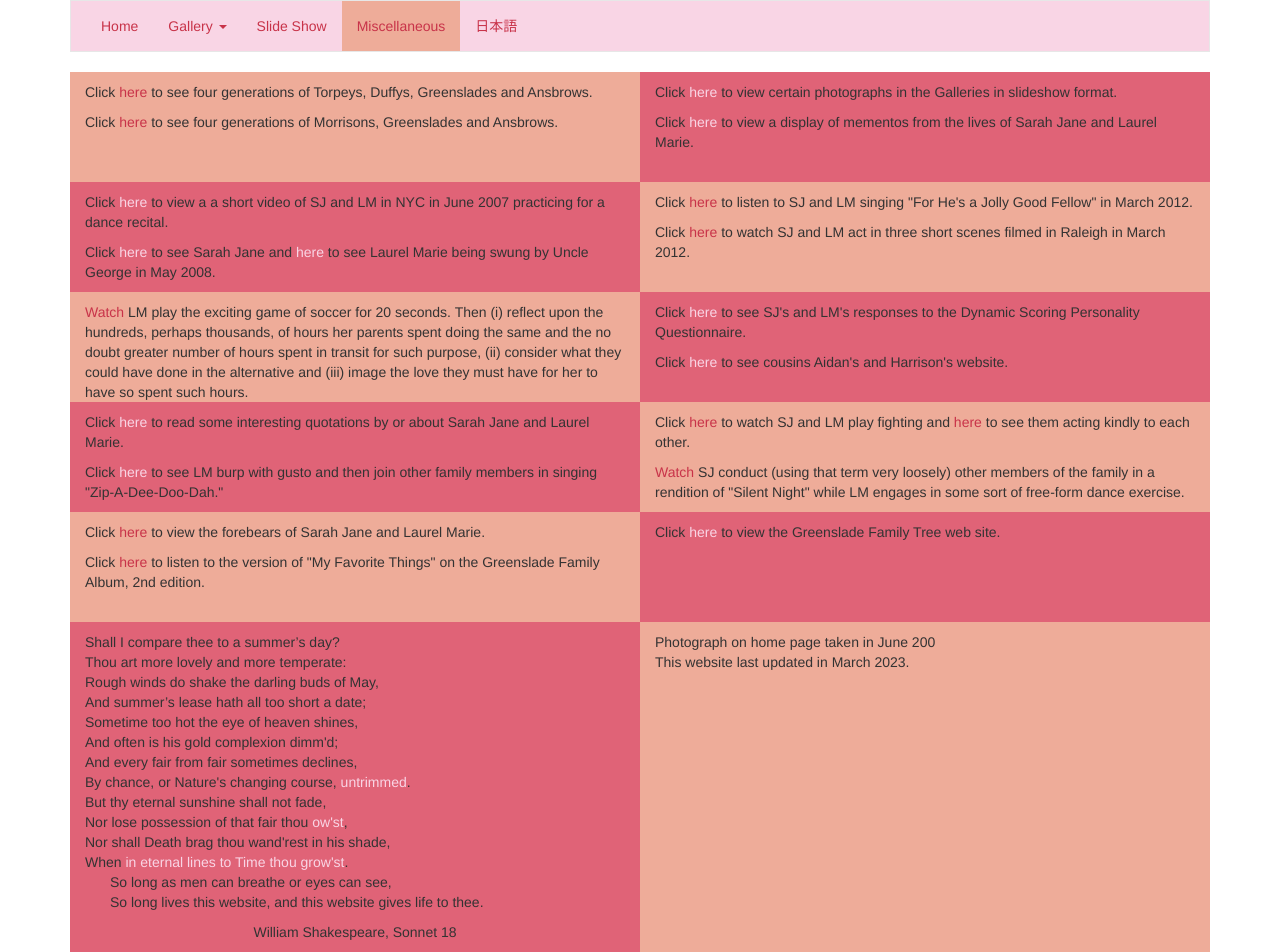
Repository: George2916/Sarah-Jane-and-Laurel-Marie
Page: misc.html
The author's editor kept a record of every edit. The page is drawn from the files as they stood at one moment, then again after the next edit.
The browser window is 1280 px wide. The pictures show the whole page.

Above is the page before.
Console error: TypeError: Cannot read properties of null (reading 'style')

After the next edit:
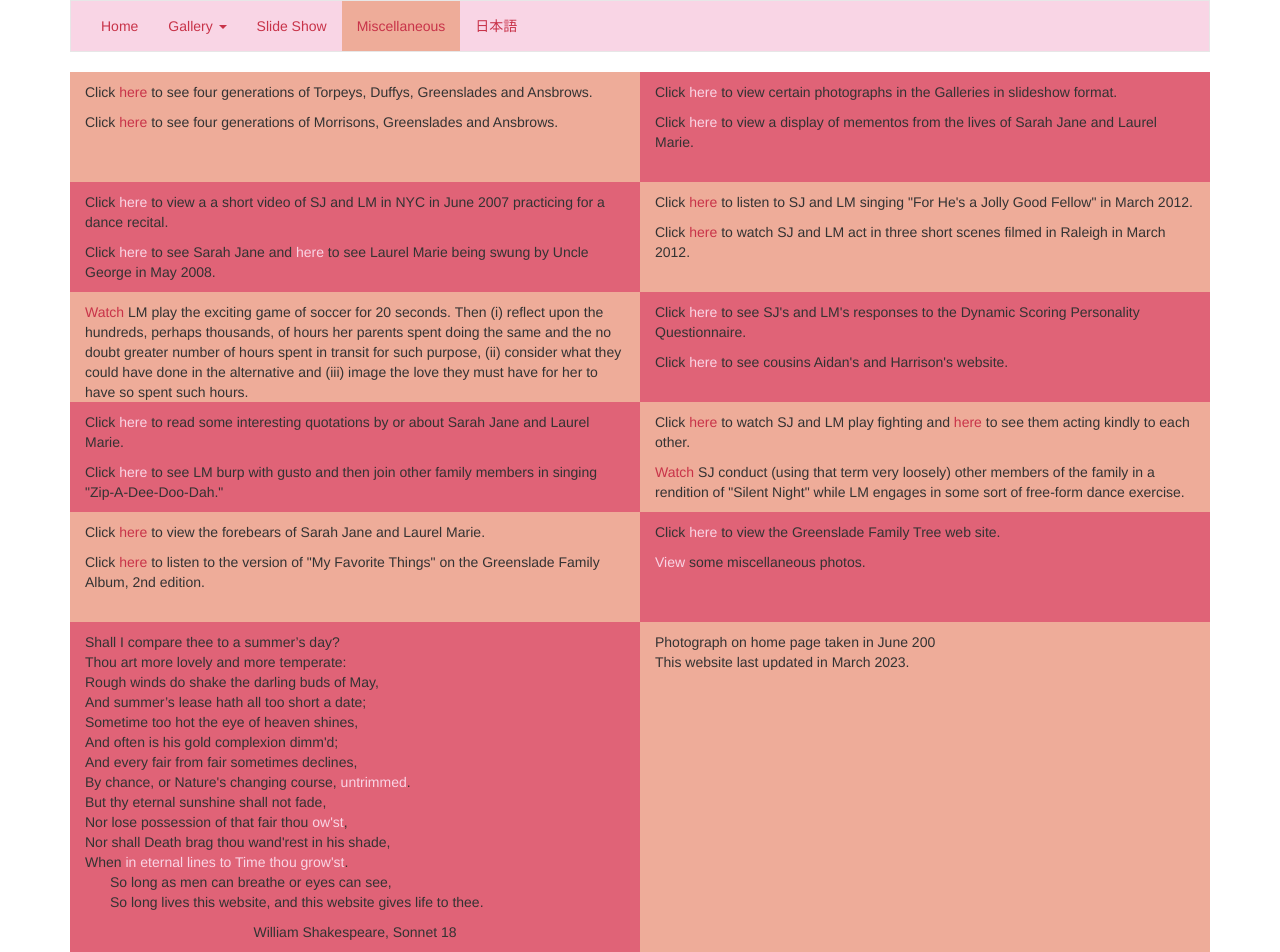
The edit:
--- a/misc.html
+++ b/misc.html
@@ -131,6 +131,8 @@
 
             <div class="col-sm-6 color1 box10">
                 <p>Click <a class="misc-link-10 AAA" href="https://george2916.github.io/GreensladeFamilyTree">here</a> to view the Greenslade Family Tree web site.</p>
+
+                <p><a class="misc-link-10 AAA" href="miscPhotos.html">View</a> some miscellaneous photos.</p>
         </div>
 
 
